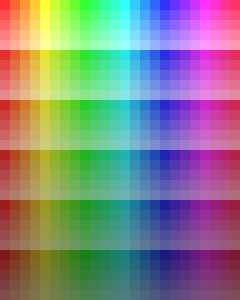
Repository: zhuqinghe/mapf_visualizer
Script's output: python color.py
An editor plug-in stored every save of this project. The script's output is shown before and after the next save, followed by the edit.
The window is shown after at most 60 frames with no key pressed. Random numbers start from a fixed seed.

Above is the script's output before, as saved 2021-07-19 16:10:12.

### color.py
import pygame
import math


def k_contrast_color(k_color, RGB_list, HSV_list):
  # hue       : 0-360, min_step: 5(72)
  # saturation: 0.4-0.8, min_step: 0.1(5)
  # intensive : 0.5-1.0, min_step: 0.1(6)
  # max_color = 72*6*6 = 2592

  H_min_step = 15
  H_max_num = 360 // H_min_step
  S_min_step = 0.1
  S_max_num = math.floor(0.4 / S_min_step) + 1
  I_min_step = 0.1
  I_max_num = math.floor(0.5 / I_min_step) + 1

  H = 360
  S = 1
  I = 1

  if k_color <= H_max_num*S_max_num*I_max_num:
    if k_color <= H_max_num*S_max_num:
      if k_color <= H_max_num:
        S = 1
        I = 1
        H_step = 360 // k_color
        for i in range(k_color):
          Hi = i
          tmp_H = Hi * H_step
          RGB_list.append(HSI2RGB(tmp_H, S, I))
          HSV_list.append([tmp_H, S, I])
      else:
        I = 1
        H_step = H_min_step
        S_num = math.ceil(k_color / H_max_num)
        S_step = 0.5 / (S_num-1)
        for i in range(k_color):
          Hi = i % H_max_num
          tmp_H = Hi * H_step
          Si = math.floor(i / H_max_num)
          tmp_S = 0.8 - Si * S_step
          RGB_list.append(HSI2RGB(tmp_H, tmp_S, I))
          HSV_list.append([tmp_H, tmp_S, I])

    else:
        S_step = 0.1
        H_step = H_min_step
        I_num = math.ceil(k_color / (H_max_num*S_max_num))
        I_step = 0.5 / (I_num-1)
        for i in range(k_color):
          Hi = i % H_max_num
          tmp_H = Hi * H_step
          Si = (i//H_max_num) % S_max_num
          tmp_S = 0.8 - Si * S_step
          Ii = math.floor(i / (H_max_num*S_max_num))
          tmp_I = 1.0 - Ii * I_step
          RGB_list.append(HSI2RGB(tmp_H, tmp_S, tmp_I))
          HSV_list.append([tmp_H, tmp_S, tmp_I])

  else : # >2592
    print("[ERROR]: NUM OF COLOR IS TOO LARGE.")

  return RGB_list, HSV_list


def HSI2RGB(H, S ,I):
  # print('H:', H, ', S:', S, ', I:', I)
  R = 0
  G = 0
  B = 0
  if S < 1e-6:
    R = I
    G = I
    B = I
  else:
    if H >= 0 and H < 120:
      B = I * (1 - S)
      R = I * (1 + (S * math.cos(H*math.pi/180)) / math.cos((60 - H)*math.pi/180))
      G = 3 * I - (R + B)
    elif H >= 120 and H < 240:
      H = H - 120
      R = I * (1 - S)
      G = I * (1 + (S * math.cos(H*math.pi/180)) / math.cos((60 - H)*math.pi/180))
      B = 3 * I - (R + G)
    elif H >= 240 and H < 360:
      H = H - 240
      G = I * (1 - S)
      B = I * (1 + (S * math.cos(H*math.pi/180)) / math.cos((60 - H)*math.pi/180))
      R = 3 * I - (G + B)
    else:
      print("[ERROR]: H not in [0, 360)")
      return
  # print('R:', R, ', G:', G, ', B:', B)


  return [round(R*255), round(G*255), round(B*255)]


if __name__ == '__main__':
  grid_len = 24
  grid_wid = 30
  grid_size = 10
  win_len = grid_len*grid_size
  win_wid = grid_wid*grid_size

  pygame.init()
  screen = pygame.display.set_mode((win_len, win_wid))
  pygame.display.set_caption('k contrast color')

  grids = [pygame.Surface((grid_size, grid_size),
                          pygame.SRCALPHA).convert_alpha() \
                          for _ in range(grid_len*grid_wid)]
  map_back = pygame.surface.Surface((win_len, win_wid),
                                    pygame.SRCALPHA, 32)
  map_back = map_back.convert_alpha()

  rgb_colors = []
  hsv_colors = []
  k_contrast_color(grid_len*grid_wid, rgb_colors, hsv_colors)
  # print('color len:', len(rgb_colors))
  # print(rgb_colors)
  map_back.fill((0,0,0))
  while 1:
    for i in range(grid_len):
      for j in range(grid_wid):
        color = pygame.Color(0,0,0,0)
        rgb_color = (rgb_colors[j*grid_len+i][0],
                      rgb_colors[j*grid_len+i][1],
                      rgb_colors[j*grid_len+i][2],
                      255)
        hsv_color = (hsv_colors[j*grid_len+i][0],
                      hsv_colors[j*grid_len+i][1]*100,
                      hsv_colors[j*grid_len+i][2]*100,
                      100)
        color.hsva = hsv_color
        # print(color)
        grids[j*grid_len+i].fill(color)
        map_back.blit(grids[j*grid_len+i],
                            ((i)*grid_size,
                              (j)*grid_size))
    screen.blit(map_back, (0,0))
    pygame.display.update()
    for event in pygame.event.get():
      if event.type == pygame.QUIT:
        pygame.quit()

After the next save:
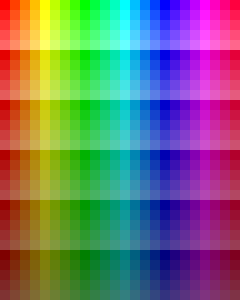
Saved 25 s later.
--- a/color.py
+++ b/color.py
@@ -39,7 +39,7 @@ def k_contrast_color(k_color, RGB_list, HSV_list):
           Hi = i % H_max_num
           tmp_H = Hi * H_step
           Si = math.floor(i / H_max_num)
-          tmp_S = 0.8 - Si * S_step
+          tmp_S = 1.0 - Si * S_step
           RGB_list.append(HSI2RGB(tmp_H, tmp_S, I))
           HSV_list.append([tmp_H, tmp_S, I])
 
@@ -52,7 +52,7 @@ def k_contrast_color(k_color, RGB_list, HSV_list):
           Hi = i % H_max_num
           tmp_H = Hi * H_step
           Si = (i//H_max_num) % S_max_num
-          tmp_S = 0.8 - Si * S_step
+          tmp_S = 1.0 - Si * S_step
           Ii = math.floor(i / (H_max_num*S_max_num))
           tmp_I = 1.0 - Ii * I_step
           RGB_list.append(HSI2RGB(tmp_H, tmp_S, tmp_I))
